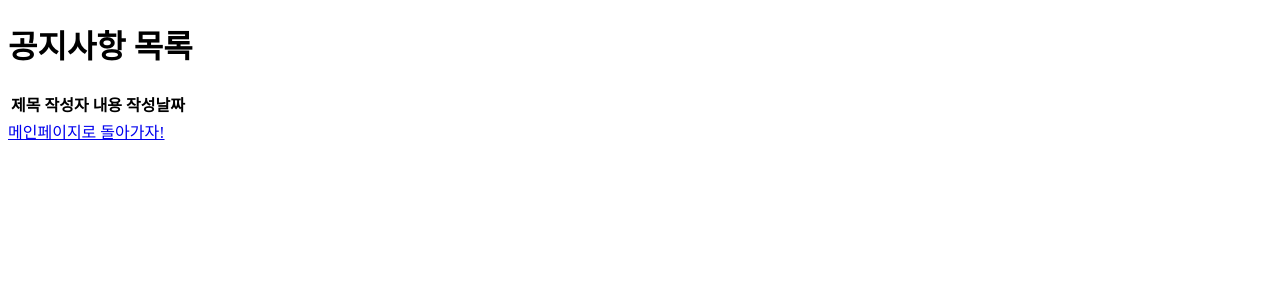
Repository: pvntlc/D-IT-Tech-Internship
Page: http://localhost/Day2_CMS/nolist.jsp
The author's editor kept a copy of each file at every save. The page is drawn from the files as they stood at one save, then again after the next save.
The browser window is 1280 px wide. The pictures show the whole page.
The page is served by Tomcat 9. Other server files are loaded and not shown.

Above is the page before, as saved 2023-09-12 08:22:10.

### work_web/Day2_CMS/src/main/webapp/nolist.jsp
<%@ page language="java" contentType="text/html; charset=UTF-8"
	pageEncoding="UTF-8"%>
<%@taglib uri="http://java.sun.com/jsp/jstl/core" prefix="c"%>
<!DOCTYPE html>
<html>
<head>
<meta charset="UTF-8">
<title>디카페인 아메리카노 먹고 싶어요</title>
</head>
<body>
	<h1>공지사항 목록</h1>
	<table>
		<tr>
			<th>제목</th>
			<th>작성자</th>
			<th>내용</th>
			<th>작성날짜</th>
		</tr>
		<c:forEach var="nos" items="${nos}">
		<tr><td>${nos.title}</td><td>${nos.writer}</td><td>${nos.cont}</td><td>${nos.createdat}</td></tr>
		</c:forEach>
	</table>
<a href="index.html">메인페이지로 돌아가자!</a>
</body>
</html>

After the next save:
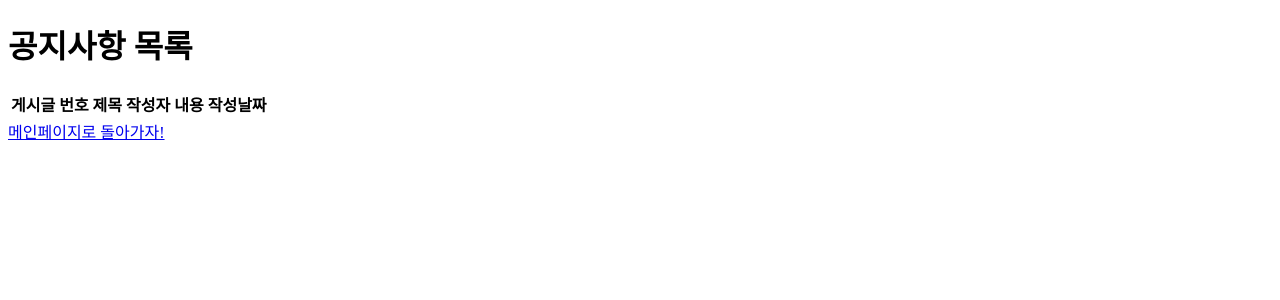
Saved 79 s later.
--- a/work_web/Day2_CMS/src/main/webapp/nolist.jsp
+++ b/work_web/Day2_CMS/src/main/webapp/nolist.jsp
@@ -11,13 +11,14 @@
 	<h1>공지사항 목록</h1>
 	<table>
 		<tr>
+		<th>게시글 번호</th>
 			<th>제목</th>
 			<th>작성자</th>
 			<th>내용</th>
 			<th>작성날짜</th>
 		</tr>
 		<c:forEach var="nos" items="${nos}">
-		<tr><td>${nos.title}</td><td>${nos.writer}</td><td>${nos.cont}</td><td>${nos.createdat}</td></tr>
+		<tr><td>${nos.seq }</td><td>${nos.title}</td><td>${nos.writer}</td><td>${nos.cont}</td><td>${nos.createdat}</td></tr>
 		</c:forEach>
 	</table>
 <a href="index.html">메인페이지로 돌아가자!</a>
